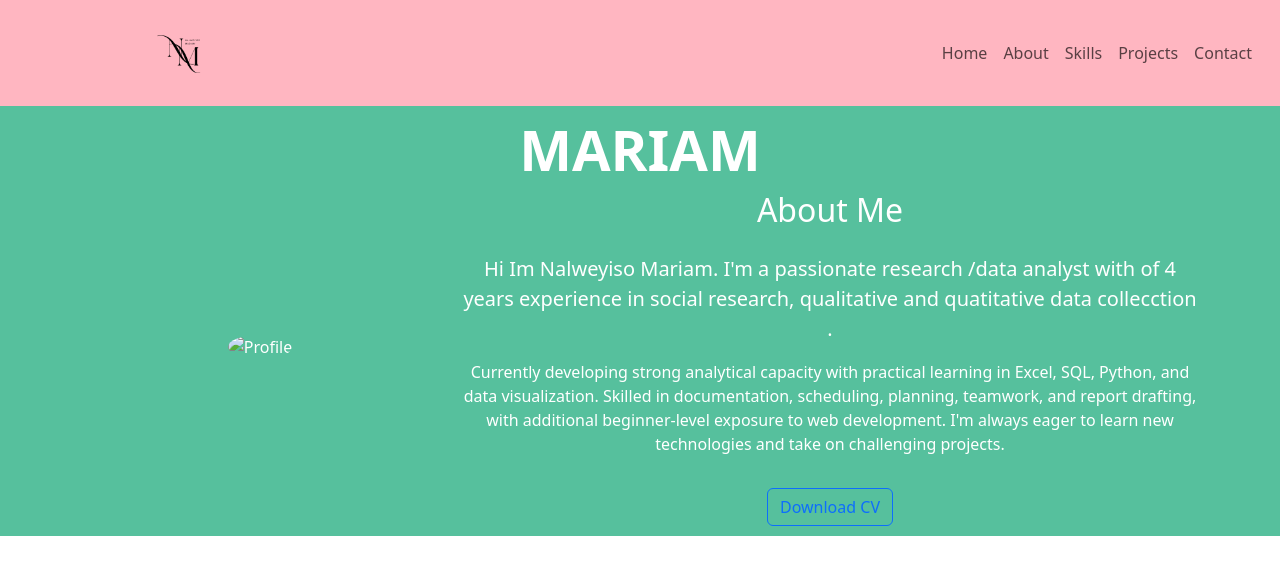
Repository: NalweMari/My-Personal-Portfolio
Page: index.html
The author's editor kept a copy of each file at every save. The page is drawn from the files as they stood at one save, then again after a run of saves.
The browser window is 1280 px wide. The pictures show the whole page.

Above is the page before, as saved 2025-11-27 19:30:26.
Console error (its wording comes from the project's code and is left out).

### index.html
<!DOCTYPE html>
<html lang="en">

<head>
    <meta charset="UTF-8">
    <meta name="viewport" content="width=device-width, initial-scale=1.0">
    <title>My Portfolio</title>
    <link rel="stylesheet" href="style.css">
    <!-- Bootstrap CSS -->
    <link href="https://cdn.jsdelivr.net/npm/bootstrap@5.3.0/dist/css/bootstrap.min.css" rel="stylesheet">
    <!-- Font Awesome for icons -->
    <link rel="stylesheet" href="https://cdnjs.cloudflare.com/ajax/libs/font-awesome/6.4.0/css/all.min.css">

</head>

<body>
    <!-- Navigation -->

    <nav class="navbar navbar-expand-lg navbar-light bg-custom">
        <div class="container me-2">
            <a class="navbar-brand" href="#"><img src="images/Mariam_Initials_Logo_preview.png" alt="Your Logo" height="80"></a> <button class="navbar-toggler" type="button" data- 6
                toggle="collapse" data-target="#navbarNav" aria-controls="navbarNav" aria-expanded="false"
                aria-label="Toggle navigation"> <span class="navbar-toggler-icon"></span> </button>
            <div class="collapse navbar-collapse" id="navbarNav">
                <ul class="navbar-nav ms-auto">
                    <a class="nav-link" href="#">Home</a>
                    </li>
                    <li class="nav-item">
                        <a class="nav-link" href="#">About</a>
                    </li>
                    <li class="nav-item">
                        <a class="nav-link" href="#">Skills</a>
                    </li>
                    <li class="nav-item">
                        <a class="nav-link" href="#">Projects</a>
                    </li>
                    <li class="nav-item">
                        <a class="nav-link" href="#">Contact</a>
                    <li class="nav-item active">
                </ul>
            </div>
        </div>
    </nav>

    <!-- Hero Section -->
      <!-- <section id="home" class="hero-section text-center">
        <div class="container">
            <h1 class="display-4 fw-bold">MARIAM</h1>
            <p class="lead">Web Developer & UI/UX Designer</p>
            <a href="#projects" class="btn btn-primary btn-lg mt-3">View My Work</a>
        </div>
    </section> -->
    <section id="home" class="hero-section text-center">
        <div class="container">
             <h1 class="display-4 fw-bold">MARIAM</h1>
            <div class="row align-items-center">
                <div class="col-md-4 text-center mb-4">
                    <img src="" alt="Profile" class="img-fluid rounded-circle">
                </div>
                <div class="col-md-8">
                    <h2 class="mb-4">About Me</h2>
                    <p class="lead">Hi Im Nalweyiso Mariam. I'm a passionate research /data analyst with of 4 years
                        experience in social research, qualitative and quatitative data collecction .</p>
                    <p>Currently developing strong analytical capacity with practical learning in Excel, SQL, Python,
                        and data visualization. Skilled in documentation, scheduling, planning, teamwork, and report
                        drafting, with additional beginner-level exposure to web development. I'm always eager to learn
                        new technologies and take on challenging projects.</p>
                    <a href="#" class="btn btn-outline-primary mt-3">Download CV</a>
                </div>
            </div>
        </div>
        <script src="https://stackpath.bootstrapcdn.com/bootstrap/4.5.2/js/bootstrap.min.js"></script>
</body>

</html>

### Style.css
.bg-custom {
  background-color: lightpink;
}
.hero-section {
  background-color: rgb(86, 192, 157);
     color: white;
  padding: 10px 0;
}
/* .skill-bar {
  height: 20px;
  background-color: #e9ecef;
  border-radius: 5px;
  margin-bottom: 15px;
}
.skill-progress {
  height: 100%;
  border-radius: 5px;
  background-color: #0d6efd;
}
.project-card {
  transition: transform 0.3s;
}
.project-card:hover {
  transform: translateY(-5px);
} */

After the next 3 saves:
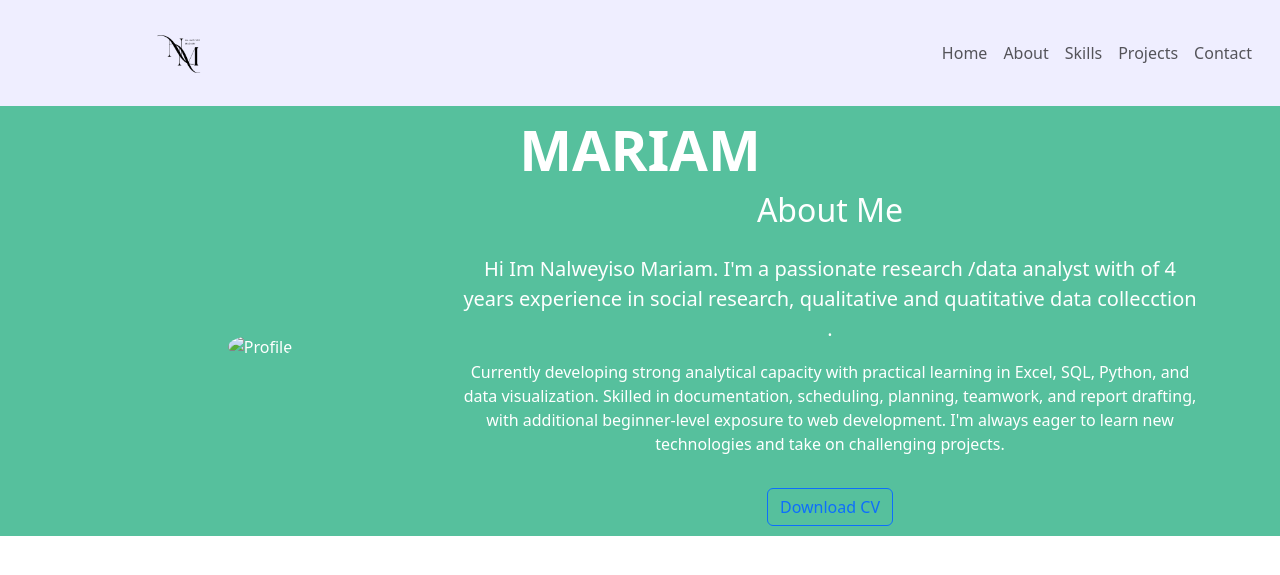
The 3 saves are shown as one change because they came seconds apart.
The last was saved 74 s later.
--- a/Style.css
+++ b/Style.css
@@ -1,5 +1,5 @@
 .bg-custom {
-  background-color: lightpink;
+  background-color: rgba(189, 182, 255, 0.24);
 }
 .hero-section {
   background-color: rgb(86, 192, 157);
